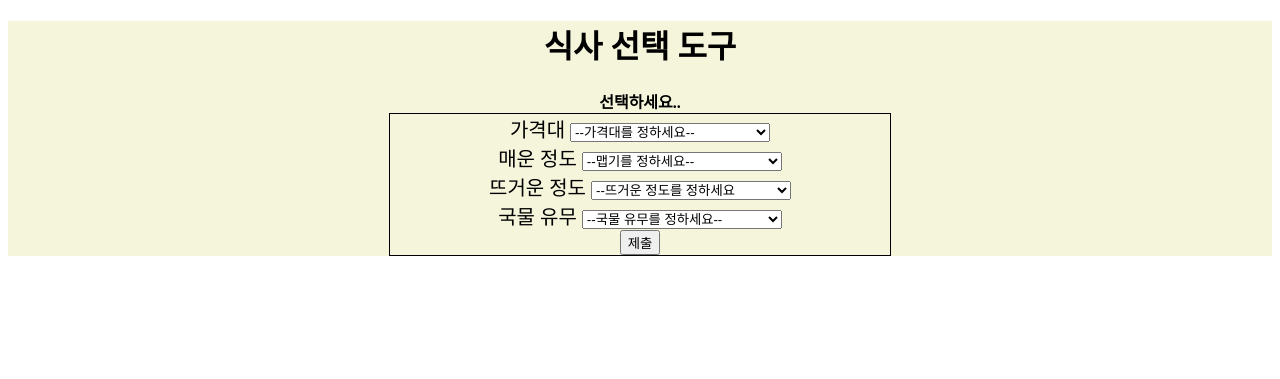
Repository: kimgh06/JavaWeb
Page: http://localhost/what/
The author's editor kept a copy of each file at every save. The page is drawn from the files as they stood at one save, then again after the next save.
The browser window is 1280 px wide. The pictures show the whole page.
The page is served by Tomcat 9. Other server files are loaded and not shown.

Above is the page before, as saved 2022-11-04 00:42:59.

### what/src/main/webapp/index.jsp
<%@ page language="java" contentType="text/html; charset=EUC-KR"
	pageEncoding="EUC-KR"%>
<!DOCTYPE html>
<html>
<head>
<meta charset="EUC-KR">
<title>식사 선택 도구</title>
<link href="./main.css?after" rel="stylesheet" type="text/css">
</head>
<body>
	<div id="main">
		<h1>식사 선택 도구</h1>
		<b>선택하세요..</b>
		<form id="form">
			<div>
				<label>가격대</label> <select>
					<option value="-1">--가격대를 정하세요--</option>
					<option value="1">8000이하</option>
					<option value="2">13000이하</option>
					<option value="3">18000이하</option>
					<option value="4">23000이하</option>
					<option value="5">23000이상</option>
				</select>
			</div>
			<div>
				<label>매운 정도</label> <select>
					<option value="-1">--맵기를 정하세요--</option>
					<option value="하">맵지 않음</option>
					<option value="중">적당히 매움</option>
					<option value="상">매움</option>
				</select>
			</div>
			<div>
				<label>뜨거운 정도</label> <select>
					<option value="-1">--뜨거운 정도를 정하세요</option>
					<option value="하">뜨겁지 않음</option>
					<option value="중">따뜻함</option>
					<option value="상">뜨거움</option>
				</select>
			</div>
			<div>
				<label>국물 유무</label> <select>
					<option value="-1">--국물 유무를 정하세요--</option>
					<option value="0">없음</option>
					<option value="1">있음</option>
				</select>
			</div>
			<button>제출</button>
		</form>
	</div>
</body>
</html>

### what/src/main/webapp/main.css
@CHARSET "UTF-8";

#main{
	text-align: center;
	display: block;
	background-color: beige;
}

#form{
	width: 500px;
	display: block;
	border: 1px solid black;
	margin:auto;
}

#form div{
	font-size: 20px;
}
#form div select{
	width:200px
};

After the next save:
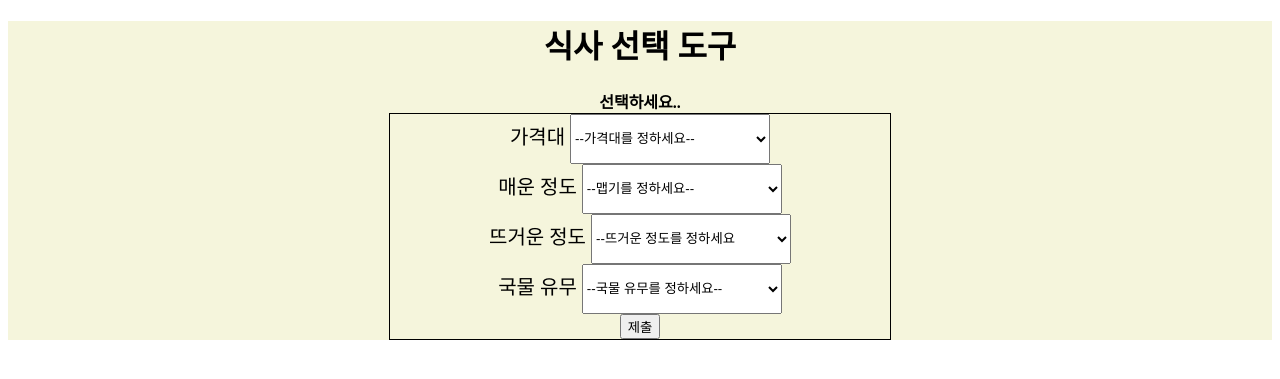
Saved 16 s later.
--- a/what/src/main/webapp/main.css
+++ b/what/src/main/webapp/main.css
@@ -17,5 +17,6 @@
 	font-size: 20px;
 }
 #form div select{
-	width:200px
-};
+	width:200px;
+	height: 50px;
+}
